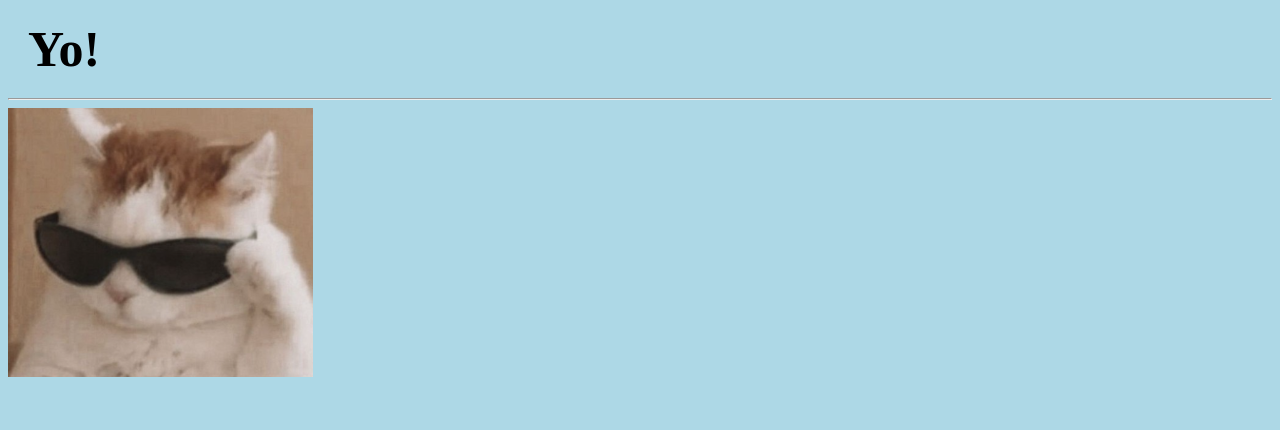
Repository: tjfgk97/sts3
Page: http://localhost/spring-first/hi
The author's editor kept a copy of each file at every save. The page is drawn from the files as they stood at one save, then again after the next save.
The browser window is 1280 px wide. The pictures show the whole page.
The page is served by Tomcat 9. Other server files are loaded and not shown.

Above is the page before, as saved 2024-02-01 06:59:05.

### spring-first/src/main/webapp/WEB-INF/views/intro.jsp
<%@ page language="java" contentType="text/html; charset=UTF-8"
    pageEncoding="UTF-8"%>
<!DOCTYPE html>
<html>
<head>
<meta charset="UTF-8">
<title>Intro</title>
<style type="text/css">
@import url("resources/css/intro.css");
</style>
</head>
<body>
	<p>Yo!</p>
	<a href=""></a>
	<hr>
	<img alt="" src="resources/images/ganzi.png">
</body>
</html>

### spring-first/src/main/webapp/resources/css/intro.css
@charset "UTF-8";

body {
	background-color: lightblue;
}

p {
	font-size: 50px;
	font-weight: bold;
	margin: 20px 20px;
}

After the next save:
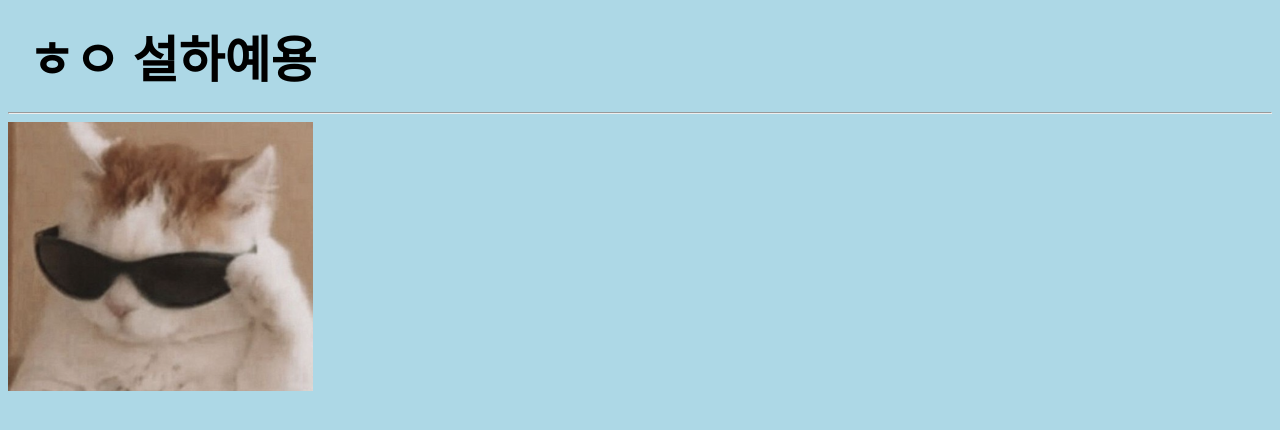
Saved 49 s later.
--- a/spring-first/src/main/webapp/WEB-INF/views/intro.jsp
+++ b/spring-first/src/main/webapp/WEB-INF/views/intro.jsp
@@ -10,7 +10,7 @@
 </style>
 </head>
 <body>
-	<p>Yo!</p>
+	<p>ㅎㅇ 설하예용</p>
 	<a href=""></a>
 	<hr>
 	<img alt="" src="resources/images/ganzi.png">
